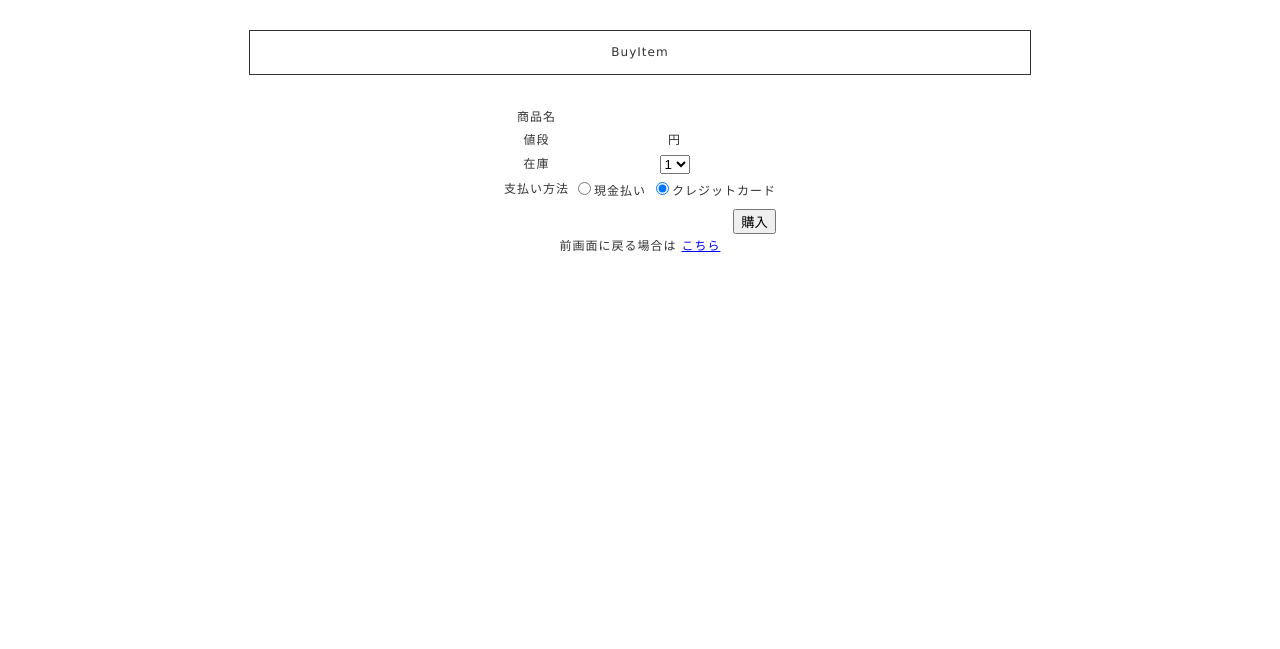
Repository: takaya1112/ECsite
Page: http://localhost/templete/buyItem.jsp
An editor plug-in stored every save of this project. The page is shown before and after the next save, followed by the edit.
The browser window is 1280 px wide. The pictures show the whole page.
The page is served by Tomcat 9.

Above is the page before, as saved 2018-10-19 11:42:52.

After the next save:
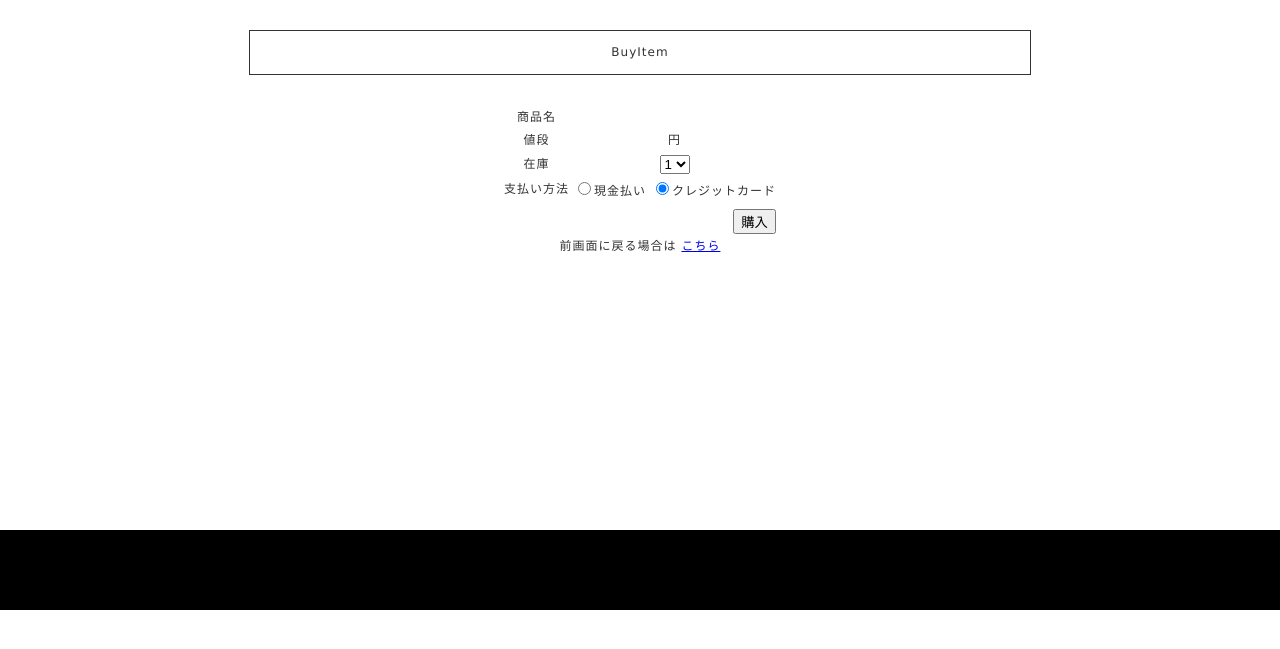
Saved 60 s later.
--- a/templete/WebContent/buyItem.jsp
+++ b/templete/WebContent/buyItem.jsp
@@ -46,6 +46,11 @@
           width:100%;
           height:500px;
           text-align: center;
+        }
+        #footer {
+          width: 100%;
+          height: 80px;
+          background-color: black;
           clear:both;
         }
     </style>
